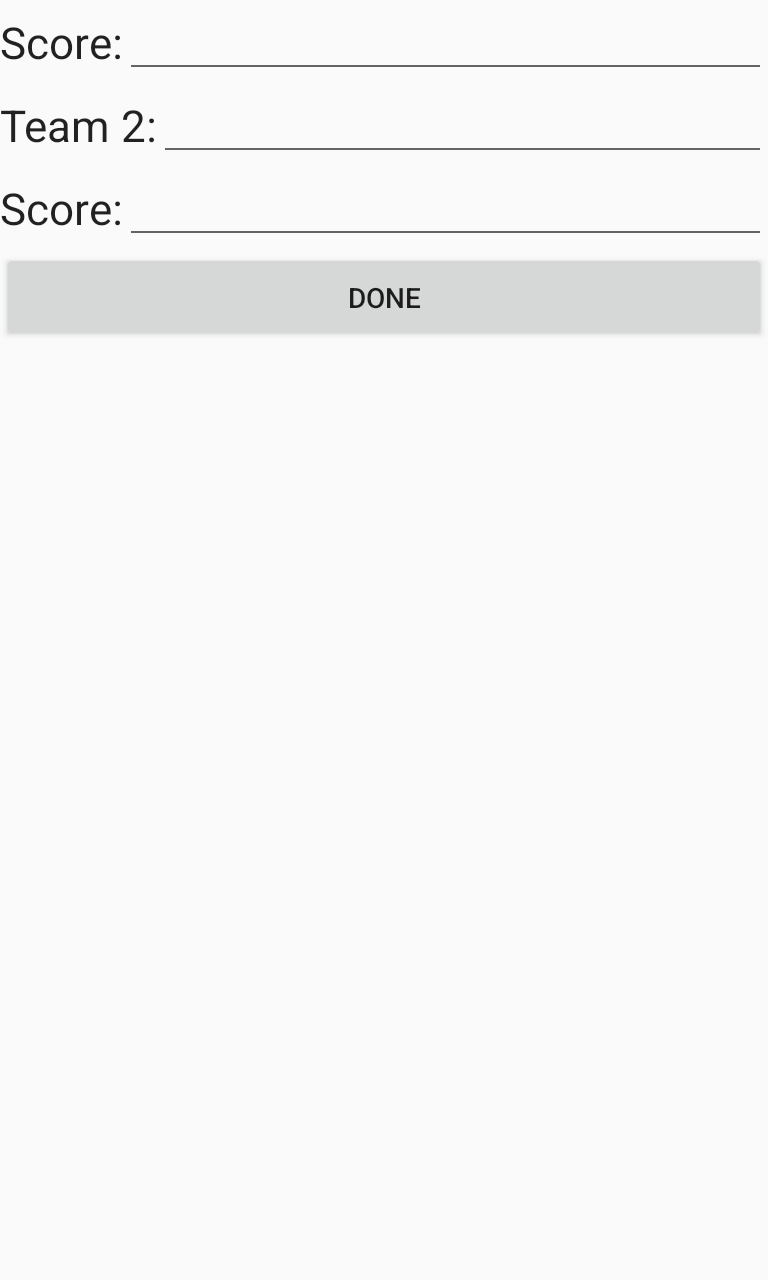
Repository: charlesweng/school
Layout: simpleandroidapps/GettingToKnowUIActivities/charleswengScoringProject/charleswengScoring/res/layout/fragment_teamdialog.xml
These files come from the project's save history. The layout is drawn as it stood at one moment and after the next save; the edit follows.
It is drawn on a 768 x 1280 px phone screen (xhdpi) without system bars, with theme AppTheme; the app's code is not run.

Above is the layout before, as saved 2014-04-26 15:44:52.

### simpleandroidapps/GettingToKnowUIActivities/charleswengScoringProject/charleswengScoring/res/layout/fragment_teamdialog.xml
<?xml version="1.0" encoding="utf-8"?>
<RelativeLayout xmlns:android="http://schemas.android.com/apk/res/android"
    android:layout_width="match_parent"
    android:layout_height="match_parent"
    android:orientation="vertical" >

    <LinearLayout
     	android:id="@+id/line1"
        >
    <TextView
        android:id="@+id/team1name"
        android:layout_width="wrap_content"
        android:layout_height="wrap_content"
        android:layout_alignParentTop="true"
        android:layout_alignParentLeft="true"
        android:layout_alignBaseline="@+id/editTeam1"
        android:text="@string/team_1_edit"
        android:textAppearance="?android:attr/textAppearanceLarge" />
	<EditText
        android:id="@+id/editTeam1"
        android:layout_width="fill_parent"
        android:layout_height="wrap_content"
        android:layout_alignParentRight="true"
        android:layout_alignParentTop="true"
        android:layout_toRightOf="@+id/team1name"
        android:inputType="text"
        android:ems="10" >
        <requestFocus />
    </EditText>

    </LinearLayout>


    <TextView
        android:id="@+id/team2name"
        android:layout_width="wrap_content"
        android:layout_height="wrap_content"
        android:layout_below="@+id/team1score"
        android:layout_alignBaseline="@+id/editTeam2"
        android:layout_alignParentLeft="true"
        android:text="@string/team_2_edit"
        android:textAppearance="?android:attr/textAppearanceLarge" />

    <TextView
        android:id="@+id/team1score"
        android:layout_width="wrap_content"
        android:layout_height="wrap_content"
        android:layout_below="@+id/line1"
        android:layout_alignBaseline="@+id/editScore1"
        android:layout_alignParentLeft="true"
        android:text="@string/score"
        android:textAppearance="?android:attr/textAppearanceLarge" />

    <TextView
        android:id="@+id/team2score"
        android:layout_width="wrap_content"
        android:layout_height="wrap_content"
        android:layout_below="@+id/team2name"
        android:layout_alignBaseline="@+id/editScore2"
        android:layout_alignParentLeft="true"
        android:text="@string/score"
        android:textAppearance="?android:attr/textAppearanceLarge" />



    <EditText
        android:id="@+id/editTeam2"
        android:layout_width="fill_parent"
        android:layout_height="wrap_content"
        android:layout_alignParentRight="true"
        android:layout_below="@+id/editScore1"
        android:layout_toRightOf="@+id/team2name"
        android:inputType="text"
        android:ems="10" >
    </EditText>

    <EditText
        android:id="@+id/editScore1"
        android:layout_width="fill_parent"
        android:layout_height="wrap_content"
        android:layout_alignParentRight="true"
        android:layout_below="@+id/editTeam1"
        android:layout_toRightOf="@+id/team1score"
        android:inputType="number"
        android:ems="10" >
    </EditText>

    <EditText
        android:id="@+id/editScore2"
        android:layout_width="fill_parent"
        android:layout_height="wrap_content"
        android:layout_alignParentRight="true"
        android:layout_below="@+id/editTeam2"
        android:layout_toRightOf="@+id/team2score"
        android:inputType="number"
        android:ems="10" >
    </EditText>

    <Button
        android:id="@+id/button1"
        android:layout_width="fill_parent"
        android:layout_height="wrap_content"
        android:layout_below="@+id/editScore2"
        android:layout_centerHorizontal="true"
        android:text="@string/done"
	/>

</RelativeLayout>

### simpleandroidapps/GettingToKnowUIActivities/charleswengScoringProject/charleswengScoring/res/values/strings.xml
<?xml version="1.0" encoding="utf-8"?>
<resources>

    <string name="app_name">charleswengScoring</string>
    <string name="hello_world">Hello world!</string>
    <string name="action_settings">Settings</string>
    <string name="enter_date">Enter Date</string>
    <string name="date">Date</string>
    <string name="enter_game">Enter Game</string>
    <string name="team_1">Team 1</string>
    <string name="team_2">Team 2</string>
    <string name="team_1_edit">Team 1:</string>
    <string name="team_2_edit">Team 2:</string>
    <string name="zero">0</string>
    <string name="next_game">Next Game</string>
    <string name="title_activity_date_picker">DatePicker</string>
	<string name="done">Done</string>
	<string name="score">Score:</string>
</resources>

Loaded but not shown: simpleandroidapps/GettingToKnowUIActivities/charleswengScoringProject/charleswengScoring/res/values/styles.xml (common file); simpleandroidapps/GettingToKnowUIActivities/charleswengScoringProject/charleswengScoring/res/values-v11/styles.xml (common file); simpleandroidapps/GettingToKnowUIActivities/charleswengScoringProject/charleswengScoring/res/values-v14/styles.xml (common file)

After the next save:
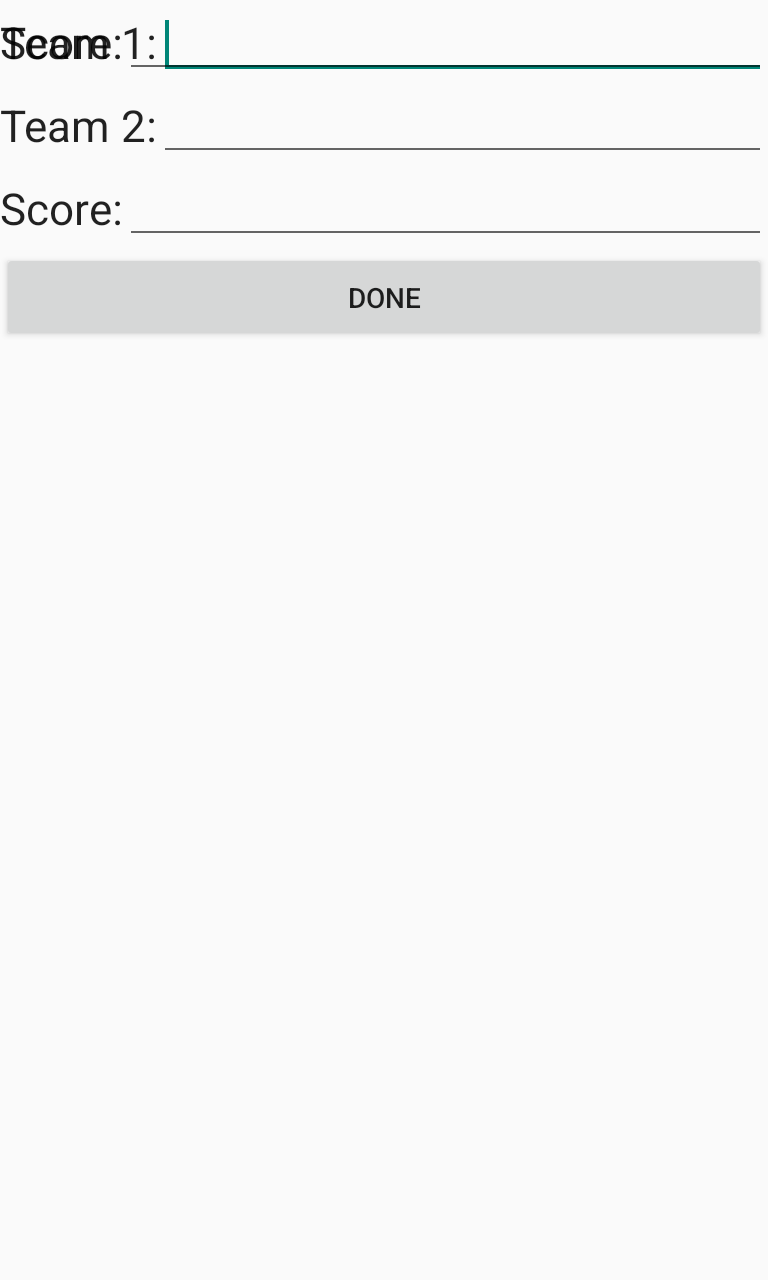
Saved 27 s later.
--- a/simpleandroidapps/GettingToKnowUIActivities/charleswengScoringProject/charleswengScoring/res/layout/fragment_teamdialog.xml
+++ b/simpleandroidapps/GettingToKnowUIActivities/charleswengScoringProject/charleswengScoring/res/layout/fragment_teamdialog.xml
@@ -6,6 +6,8 @@
 
     <LinearLayout
      	android:id="@+id/line1"
+     	android:layout_width="match_parent"
+    	android:layout_height="match_parent"
         >
     <TextView
         android:id="@+id/team1name"
